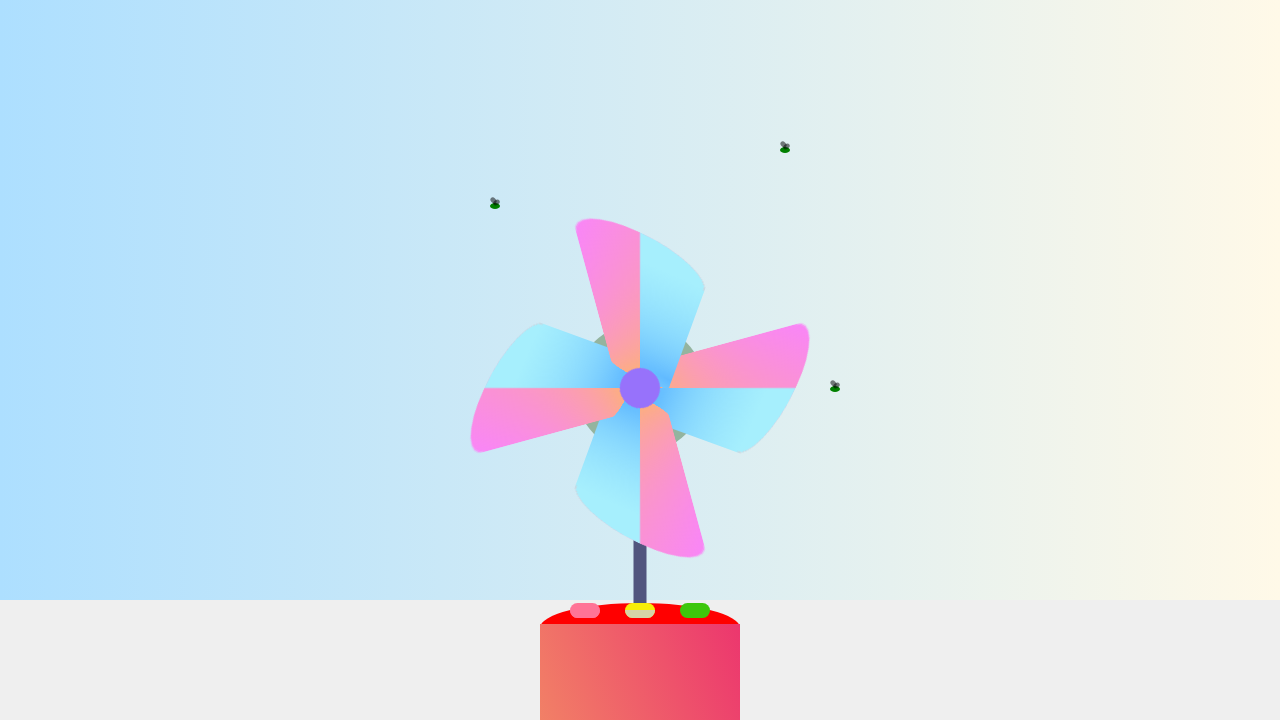
Repository: VuTuanAnh0949/CodeFan
Page: index.html
An editor plug-in stored every save of this project. The page is shown before and after the next save, followed by the edit.
The browser window is 1280 px wide. The pictures show the whole page.

Above is the page before, as saved 2022-06-22 12:04:54.

### index.html
<!DOCTYPE html>
<html lang="en">
<head>
    <meta charset="UTF-8">
    <meta http-equiv="X-UA-Compatible" content="IE=edge">
    <meta name="viewport" content="width=device-width, initial-scale=1.0">
    <title>Document</title>
    <link rel="stylesheet" href="style.css">
</head>
<body>
    <div class="windows">
        <div class="window"></div>

    </div>
    <div class="fan">
        <div class="fan__root"> <span class="top"> <label class="green" for="engine"></label> <label class="yellow"
                    for="engine2"></label> <label class="pink" for="jack"></label> </span> <span class="bottom"></span>
        </div>
        <div class="fan__staddle"></div> <input type="checkbox" id="jack" hidden />
        <div class="head">
            <div class="fan__engine"> <span class="center"></span> </div> <input type="checkbox" id="engine" hidden
                checked />
            <div> <span class="fly"></span> <span class="fly"></span> <span class="fly"></span>
                <div class="fan__blades"> <input type="checkbox" id="engine2" hidden checked />
                    <div class="fan__blades">
                        <div class="center"></div>
                        <div class="blade"><span></span></div>
                        <div class="blade"><span></span></div>
                        <div class="blade"><span></span></div>
                        <div class="blade"><span></span></div>
                    </div>
                </div>
            </div>
        </div>
    </div>

</body>
</html>

### style.css
html {
    overflow: hidden;
}

body {
    overflow: hidden;
    margin: 0;
    padding: 0;
    background: linear-gradient(90deg, #addfff, #fff9e8);
    display: flex;
    justify-content: center;
    align-items: center;
    width: 100vw;
    height: 100vh;
    position: relative;
}

body::after {
    position: absolute;
    width: 100%;
    content: "";
    height: calc(100% - 600px);
    z-index: 0;
    background: #efefef;
    bottom: 0;
}

@keyframes spin {
    from {
        transform: rotate(0deg);
    }

    to {
        transform: rotate(360deg);
    }
}

@keyframes off {
    to {
        transform: rotate(380deg);
    }
}

@keyframes off2 {
    to {
        transform: rotate(880deg);
    }
}

@keyframes fly {
    to {
        margin-top: 50px;
    }
}

span {
    display: block;
}

.windows {
    width: 100vw;
    height: 100vh;
    position: absolute;
    z-index: 0;
    top: 0;
    left: 0;
    display: flex;
    align-content: flex-start;
}


.fly {
    transition: 0.5s all cubic-bezier(0.04, 0.06, 0, 1.18), 1s transform;
    width: 10px;
    height: 6px;
    background: green;
    border-radius: 50%;
    position: absolute;
    animation: fly 5s alternate infinite ease-in-out;
}

.fly:nth-of-type(1) {
    top: -78px;
    left: -200px;
}

.fly:nth-of-type(2) {
    transform: translateY(-10px);
    animation-delay: 4s;
    top: 5px;
    right: -250px;
}

.fly:nth-of-type(3) {
    transform: translateY(0px);
    top: 400px;
    animation-delay: 2s;
    right: -400px;
}

.fly::after,
.fly::before {
    content: "";
    position: absolute;
    width: 7px;
    height: 5px;
    background-color: rgba(0, 0, 0, 0.5);
    display: block;
    border-radius: 50%;
}

.fly::before {
    bottom: 4px;
    transform: rotate(325deg);
    left: 3px;
}

.fly::after {
    transform: rotate(45deg);
    bottom: 6px;
}

.fan {
    width: 500px;
    height: 500px;
    position: relative;
    z-index: 1;
    margin-top: 75px;
    perspective: 500px;
}

.fan::after {
    content: "";
    display: block;
    position: absolute;
    height: 500px;
    width: 200px;
    background-image: linear-gradient( 68.3deg,  rgba(245,177,97,1) 0.4%, rgba(236,54,110,1) 100.2% );
    top: calc(100% - 24px);
    left: calc(50% - 100px);

}

.fan__root {
    width: 200px;
    position: absolute;
    bottom: 0;
    left: 50%;
    transform: translateX(-50%);
}

.fan__root .top {
    overflow: hidden;
    width: 200px;
    height: 25px;
    position: relative;
}

.fan__root .top::after {
    content: "";
    display: block;
    width: 200px;
    height: 50px;
    background: red;
    border-radius: 50%;
}

.fan__root .top .green {
    position: absolute;
    width: 30px;
    height: 15px;
    border-radius: 15px;
    display: block;
    right: 30px;
    background: #3EC70B;
    cursor: pointer;
    overflow: hidden;
}

.fan__root .top .yellow {
    position: absolute;
    width: 30px;
    height: 15px;
    border-radius: 15px;
    display: block;
    right: 85px;
    background: #F7EC09;
    cursor: pointer;
    overflow: hidden;
}

.fan__root .top .yellow::after {
    content: "";
    display: block;
    width: 100%;
    height: 50%;
    position: absolute;
    bottom: 0;
    background: #F7EC09;
}

.fan__root .top .yellow::after {
    content: "";
    display: block;
    width: 100%;
    height: 50%;
    position: #F7EC09;
    bottom: 0;
    background: #D6D5A8;
}

.fan__root .top .pink {
    position: absolute;
    cursor: pointer;
    width: 30px;
    height: 15px;
    border-radius: 15px;
    display: block;
    left: 30px;
    background: #FF7396;
    overflow: hidden;
}

.fan__root .top .pink::after {
    content: "";
    display: block;
    width: 100%;
    height: 50%;
    position: absolute;
    bottom: 0;
    background: #FF7396;
}

.fan__root .bottom {
    overflow: hidden;
    width: 500px;
    height: 20px;
}

.fan__root .bottom::after {
    content: "";
    display: block;
    width: 200px;
    height: 40px;
    background: #2f423f;
    border-radius: 18%;
    transform: translateY(-30px);
}

.fan__staddle {
    position: absolute;
    bottom: 45px;
    background: #51557E;
    height: 270px;
    width: 13px;
    left: 50%;
    transform: translateX(-50%);
}

.fan__engine {
    position: absolute;
    bottom: 0px;
    width: 130px;
    height: 130px;
    background: #94B49F;
    border-radius: 50%;
    left: 50%;
    transform: translateX(-50%);
}

.fan__engine::after {
    content: "";
    background: red;
    display: block;
    width: 25px;
    height: 50px;
    position: absolute;
    top: 105px;
    left: 50%;
    transform: translateX(-50%);
    border-radius: 0 0 5px 5px;
}

.fan__blades {
    width: 230px;
    height: 230px;
    position: absolute;
    bottom: -50px;
    transition: 2s;
    transform-origin: center center;
    left: calc(50% - 115px);
    z-index: 1;
    animation: spin infinite 0.38s linear forwards;
}

.fan__blades .fan__blades {
    bottom: 0;
    animation: spin infinite 0.5s linear forwards;
}

.fan__blades .blade {
    position: absolute;
    width: 80px;
    height: 100%;
    left: 50%;
    transform: translateX(-50%) skewY(25deg);
    perspective: 500px;
    transform-style: preserve-3d;
}

.fan__blades .blade:nth-child(2) {
    transform: translateX(-50%) rotate(90deg) skewY(25deg);
}

.fan__blades .blade:nth-child(3) {
    transform: translateX(-50%) rotate(180deg) skewY(25deg);
}

.fan__blades .blade:nth-child(4) {
    transform: translateX(-50%) rotate(270deg) skewY(25deg);
}

.fan__blades .blade span {
    width: 100%;
    height: 200%;
    border-radius: 44px;
    background-image: linear-gradient( 102.4deg,  rgba(253,189,85,1) 7.8%, rgba(249,131,255,1) 100.3% );;
    position: absolute;
    top: -66px;
    display: block;
    transform-style: preserve-3d;
    transform: rotateX(81deg);
    overflow: hidden;
}

.fan__blades .blade span::after {
    width: 50%;
    height: 100%;
    content: "";
    display: block;
    background-image: radial-gradient( circle farthest-corner at 10% 20%,  rgba(97,186,255,1) 0%, rgba(166,239,253,1) 90.1% );
    transform: rotate(0deg);
}

.fan__blades .center {
    position: absolute;
    overflow: hidden;
    width: 40px;
    height: 40px;
    border-radius: 50%;
    left: 50%;
    top: 50%;
    transform: translate(-50%, -50%) rotate(45deg);
    background: #9772FB;
    z-index: 2;
}

.fan__blades .center::after {
    display: block;
    content: "";
    width: 40px;
    height: 20px;
    background: #9772FB;
}

.head {
    transition: 1s transform;
    height: auto;
    width: auto;
    position: absolute;
    width: 300px;
    height: 300px;
    bottom: 195px;
    left: calc(50% - 150px);
    /* transform: translateX(-50%); */
}

#engine:checked+div>div {
    animation: off2 1s ease-out forwards;
}

#engine:checked+div>span:nth-child(1) {
    transition: 5s all ease-in-out, 1s transform;
    left: 0px;
    top: 0px;
}

#engine:checked+div>span:nth-child(2) {
    transition: 5s all ease-in-out, 1s transform;
    right: 0px;
    top: 0px;
}

#engine:checked+div>span:nth-child(3) {
    transition: 7s all ease-in-out, 1s transform;
    right: -50px;
    top: 200px;
}

#engine2:checked+div {
    animation: off 1s ease-out forwards;
}

#jack:checked+div {
    transform: translateY(-115px);
}

#jack:checked+div>div:nth-child(3)>span {
    transform: translateY(115px);
}

After the next save:
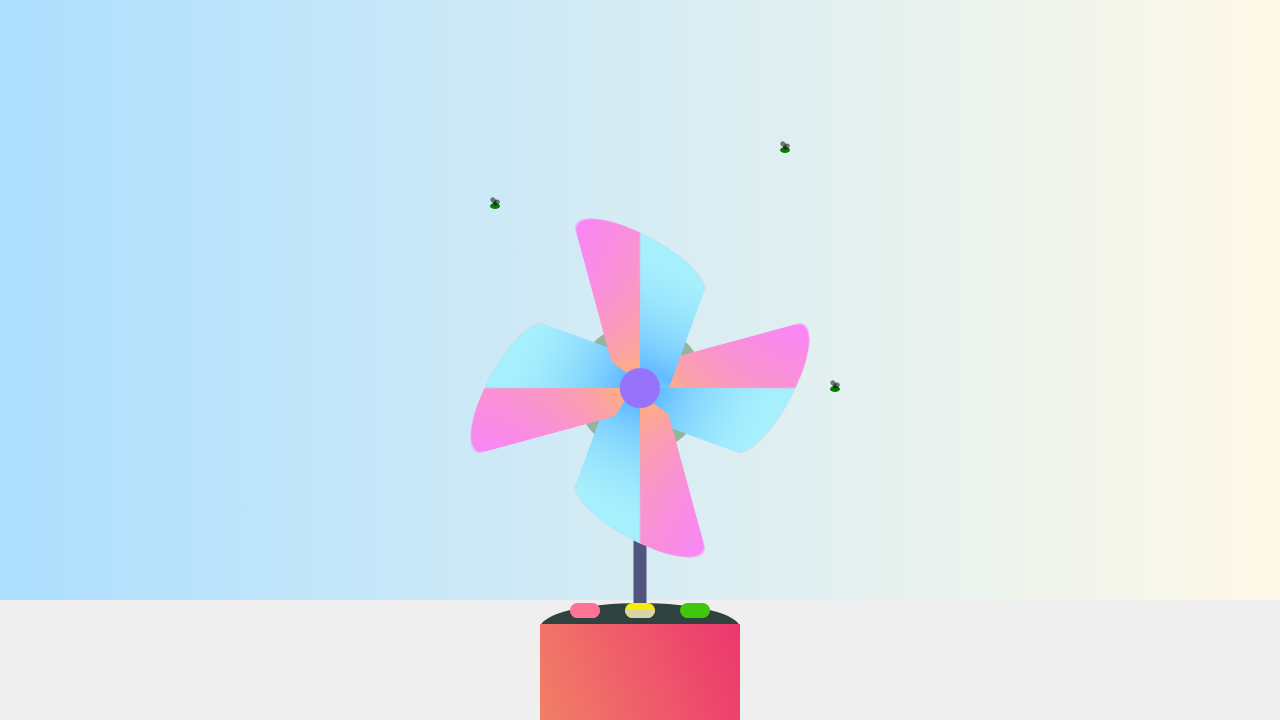
Saved 4 s later.
--- a/style.css
+++ b/style.css
@@ -161,7 +161,7 @@ span {
     display: block;
     width: 200px;
     height: 50px;
-    background: red;
+    background: #2f423f;
     border-radius: 50%;
 }
 
